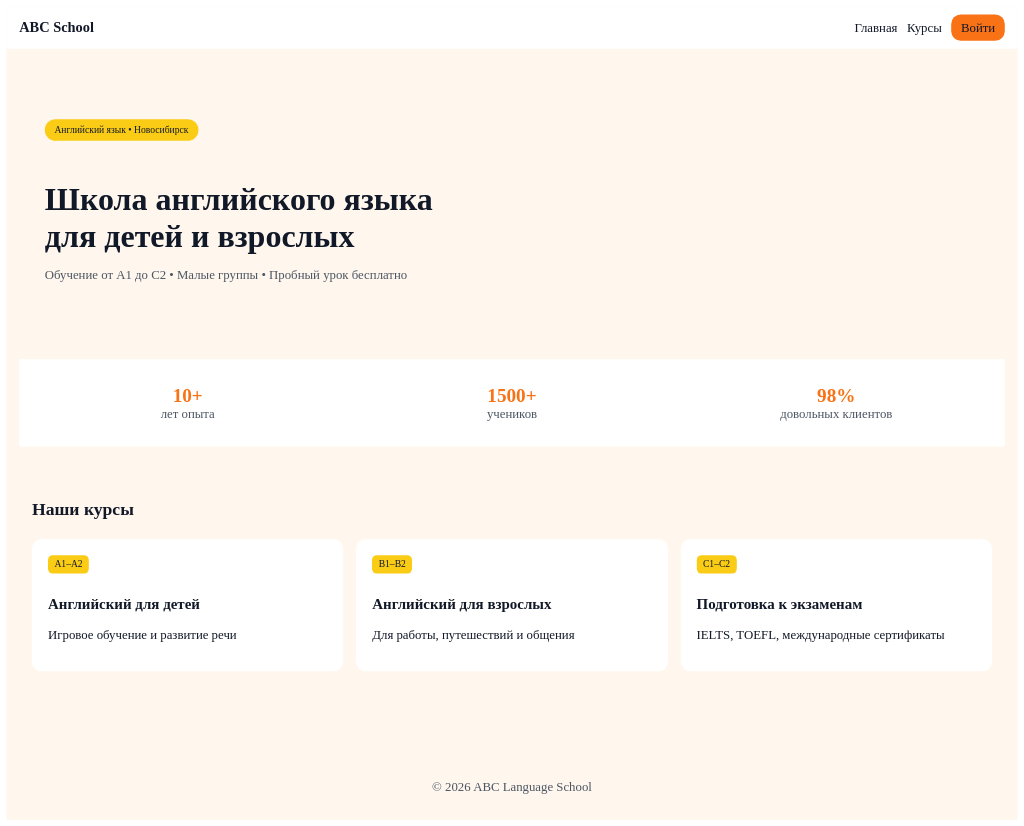
Repository: vidergooold/abc-language-school
Page: / (app in frontend/)
An editor plug-in stored every save of this project. The page is shown before and after a run of saves, followed by the edit.
The browser window is 1280 px wide. The pictures show the whole page, at 80% of full size.
The project was rebuilt for these pictures with package versions that can differ from the ones it lists, and the page was loaded fresh each time. Also part of the build but not shown: frontend/vite.config.ts, frontend/src/components/courses/CoursesFilter.vue, frontend/src/components/courses/CourseCard.vue, frontend/src/components/courses/CoursesGrid.vue, frontend/src/pages/Courses.vue.

Above is the page before, as saved 2026-01-08 15:29:53.

After the next 2 saves:
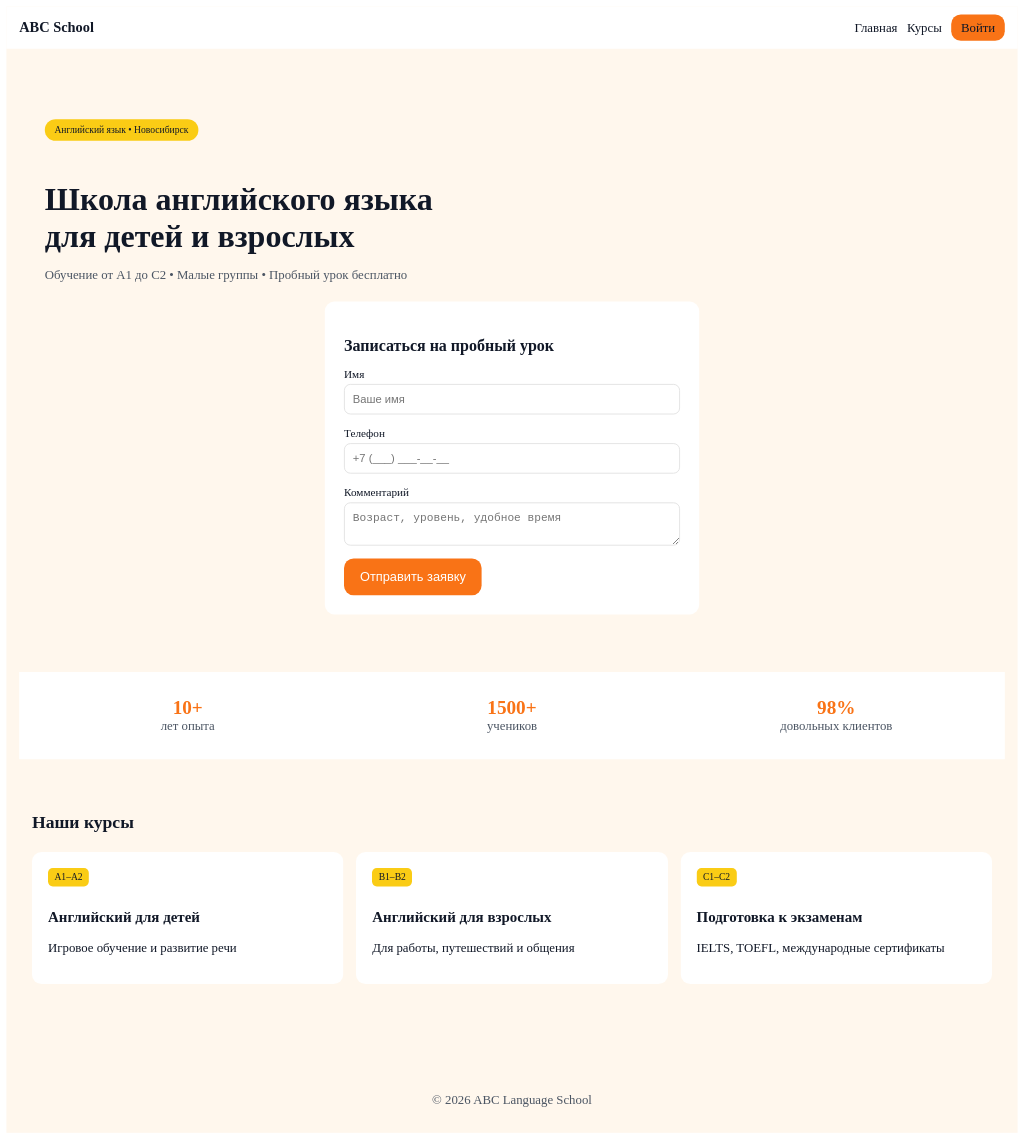
The 2 saves are shown as one change because they came seconds apart.
The last was saved 48 s later.
--- a/frontend/src/components/home/HeroSection.vue
+++ b/frontend/src/components/home/HeroSection.vue
@@ -19,6 +19,7 @@
 
 <script setup lang="ts">
 import BaseButton from '@/components/ui/BaseButton.vue'
+import LeadForm from './LeadForm.vue'
 </script>
 
 <style scoped>
